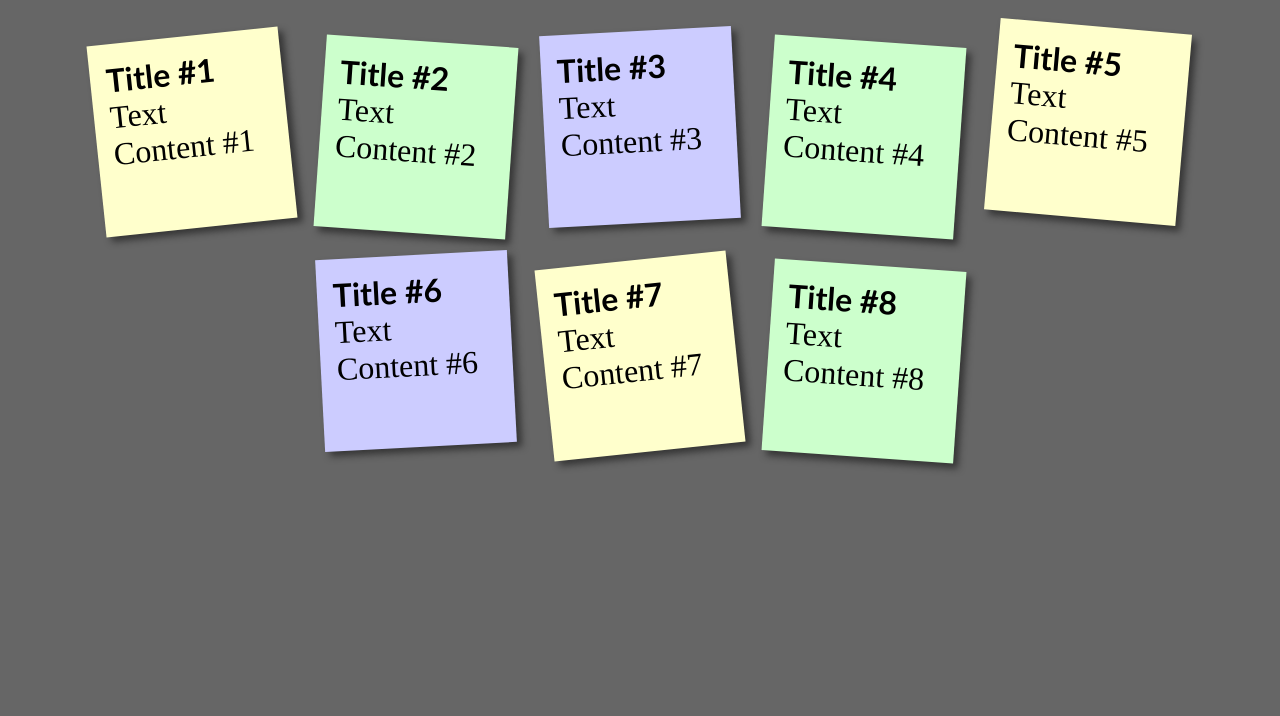
Repository: dev-singh-kanyal/Archive-git_github
Page: index.html
These files come from the project's save history. The page is drawn as it stood at one moment and after the next save; the edit follows.
The browser window is 1280 px wide. The pictures show the whole page.

Above is the page before, as saved 2022-06-24 15:22:45.
Console error: ReferenceError: $ is not defined

After the next save:
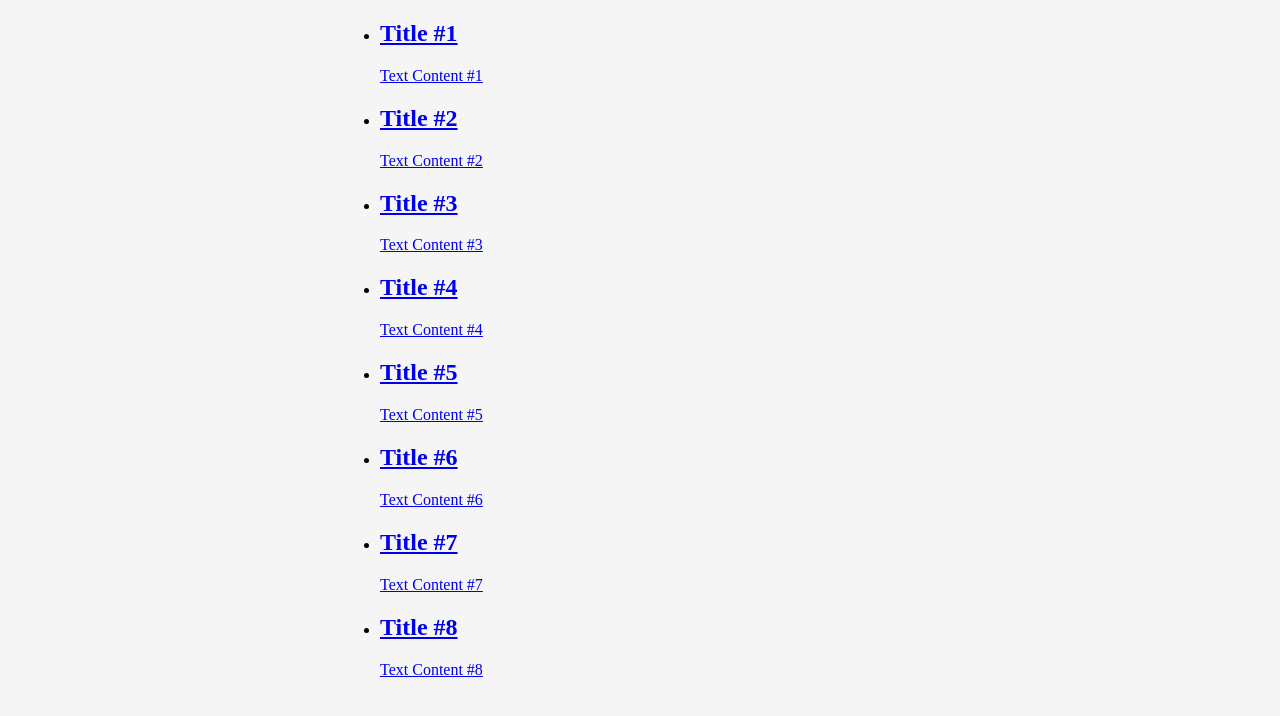
Saved 87 s later.
--- a/style.css
+++ b/style.css
@@ -1,69 +1,6 @@
 body {
-    margin: 20px auto;
-    font-family: 'Lato';
-    background:#666;
-    color:#fff;
+    background-color: #f5f5f5;
+    width: 600px;
+    margin: 0 auto;
+    padding: 0;
   }
-
-  *{
-    margin:0;
-    padding:0;
-  }
-
-  h2 {
-    font-weight: bold;
-    font-size: 2rem;
-  }
-  p {
-    font-family: 'Reenie Beanie';
-    font-size: 2rem;
-  }
-  ul,li{
-    list-style:none;
-  }
-  ul{
-    display: flex;
-    flex-wrap: wrap;
-    justify-content: center;
-  }
-  ul li a{
-    text-decoration:none;
-    color:#000;
-    background:#ffc;
-    display:block;
-    height:10em;
-    width:10em;
-    padding:1em;
-    box-shadow: 5px 5px 7px rgba(33,33,33,.7);
-    transform: rotate(-6deg);
-    transition: transform .15s linear;
-  }
-
-  ul li:nth-child(even) a{
-    transform:rotate(4deg);
-    position:relative;
-    top:5px;
-    background:#cfc;
-  }
-  ul li:nth-child(3n) a{
-    transform:rotate(-3deg);
-    position:relative;
-    top:-5px;
-    background:#ccf;
-  }
-  ul li:nth-child(5n) a{
-    transform:rotate(5deg);
-    position:relative;
-    top:-10px;
-  }
-
-  ul li a:hover,ul li a:focus{
-    box-shadow:10px 10px 7px rgba(0,0,0,.7);
-    transform: scale(1.25);
-    position:relative;
-    z-index:5;
-  }
-
-  ul li{
-    margin:1em;
-  }
